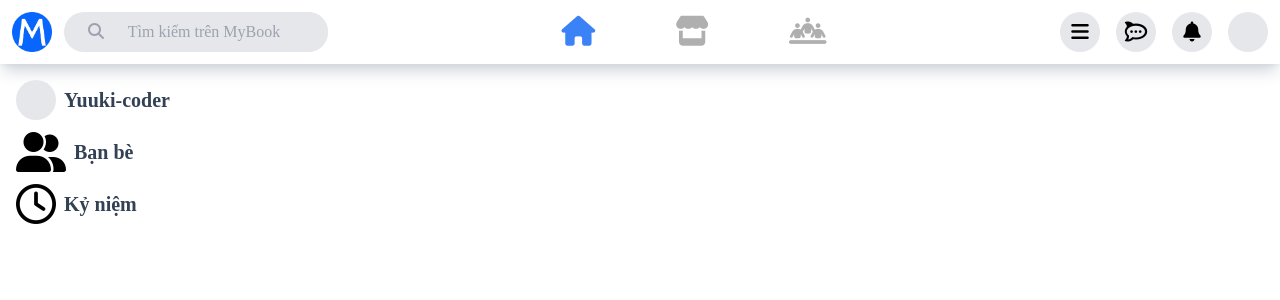
Repository: Yuukicoder/MyBook
Page: / (app in mybook/)
An editor plug-in stored every save of this project. The page is shown before and after the next save, followed by the edit.
The browser window is 1280 px wide. The pictures show the whole page.
The project was rebuilt for these pictures with package versions that can differ from the ones it lists, and the page was loaded fresh each time.

Above is the page before, as saved 2023-12-13 16:05:04.

### mybook/src/index.js
import React from 'react';
import ReactDOM from 'react-dom/client';
import './index.css';
import App from './App';
import reportWebVitals from './reportWebVitals';

const root = ReactDOM.createRoot(document.getElementById('root'));
root.render(
  <React.StrictMode >
  <App / >
  </React.StrictMode>
);

// If you want to start measuring performance in your app, pass a function
// to log results (for example: reportWebVitals(console.log))
// or send to an analytics endpoint. Learn more: https://bit.ly/CRA-vitals
reportWebVitals();

### mybook/src/index.css
@tailwind base;
@tailwind components;
@tailwind utilities;
  @import url('https://fonts.googleapis.com/css2?family=Arima:wght@100;200;300;400;500;700&display=swap');
*{
  margin: 0;
  padding: 0;
  box-sizing: border-box;
  /* border: 1px solid black; */
  font-family: Arima;
}
body{
  width: 100%;
  height: 100vh;
}

### mybook/src/App.js
import './App.css';
import '@fortawesome/fontawesome-free/css/all.min.css';
import Navbar from './Navbar'
import Option from './Option'
 var App = () =>
(
    <div class="">
        <Navbar/>
        <Option name="Yuuki-coder"/>

    </div>
)

export default App;

### mybook/src/App.css
:root{
  --text-color: rgb(175, 175, 175);
  --bg-icon-color: #e5e7eb;
}
.avatar{
  width: 40px;
  height: 40px;
  background-color: var(--bg-icon-color);
  border-radius: 50%;
  display: flex;
  align-items: center;
  justify-content: center;
}

### mybook/src/Navbar.js
import './Navbar.css'
import '@fortawesome/fontawesome-free/css/all.min.css';

var Navbar = () =>(


    <div class="flex items-center justify-between  w-screen py-3 px-3  shadow-lg shadow-gray-300">
        <div class="flex">

    <div class="Navbar_icon pr-3">
        <img class="w-10 h-10" src='iconMyBook.png' alt=""></img>
    </div>
    <div class="Navbar_search h-10 bg-gray-200 rounded-3xl">
        <label class=" text-center h-full pl-6"for="">
    <i class="fa-solid fa-magnifying-glass text-gray-400" ></i>
        </label>

        <input class="rounded-3xl text-center h-full pr-6 bg-gray-200" type="text" placeholder="Tìm kiếm trên MyBook"></input>
        </div>

    </div>
    <div class="  Navbar_selection">
        <ul class="flex gap-20">
            <li>
            <i class="fa-solid fa-house text-blue-500"></i>
            </li>
            <li>
            <i class="fa-solid fa-store"></i>
            </li>
            <li> <i class="fa-solid fa-people-line"></i></li>
        </ul>
    </div>
    <div class="Navbar_option">
        <ul class="flex gap-4 items-center">
            <li>
            <div class="avatar">

                <i class="fa-solid fa-bars"></i>
            </div>
                </li>
            <li>
            <div class="avatar">

                <i class="fa-brands fa-rocketchat"></i>
            </div>
                </li>
            <li>
            <div class="avatar">

                <i class="fa-solid fa-bell"></i>
            </div>
                </li>
            <li><div class="avatar"></div></li>
        </ul>
    </div>
    </div>
)
export default Navbar;

### mybook/src/Option.js
import './Option.css'
var Option = (x) => (
    <div class="mt-4 ml-4  grid gap-3">

    <div class="flex gap-2 items-center box ">
        <div class="avatar">
        </div>
        <p class="font-semibold text-xl text-slate-700">{x.name}</p>

    </div>
    <div class="flex gap-2 items-center box">
    <i class="fa-solid fa-user-group text-blue"></i>
        <p class="font-semibold text-xl text-slate-700">Bạn bè</p>

    </div>
    <div class="flex gap-2 items-center box ">
    <i class="fa-regular fa-clock"></i>
        <p class="font-semibold text-xl text-slate-700">Kỷ niệm</p>

    </div>

    </div>
)
export default Option

### mybook/src/Navbar.css
:root{
    --text-color: rgb(175, 175, 175);
    --bg-icon-color: #e5e7eb;
  }
  ul i{
  color: var(--text-color);
  font-size: 30px;
  }

  .Navbar_option ul li i{
    color: black;
  font-size: 20px;

  }

### mybook/src/Option.css

.box i{
    font-size: 40px;
}

### mybook/tailwind.config.js
/** @type {import('tailwindcss').Config} */
module.exports = {
  content: [
    "./src/**/*.{js,jsx,ts,tsx}",
  ],
  theme: {
    extend: {},
    color:{
      'text-grey':'#9ca9c9'
    }
  },
  plugins: [],
}

Loaded but not shown: mybook/public/index.html (common file); mybook/src/reportWebVitals.js (common file)

After the next save:
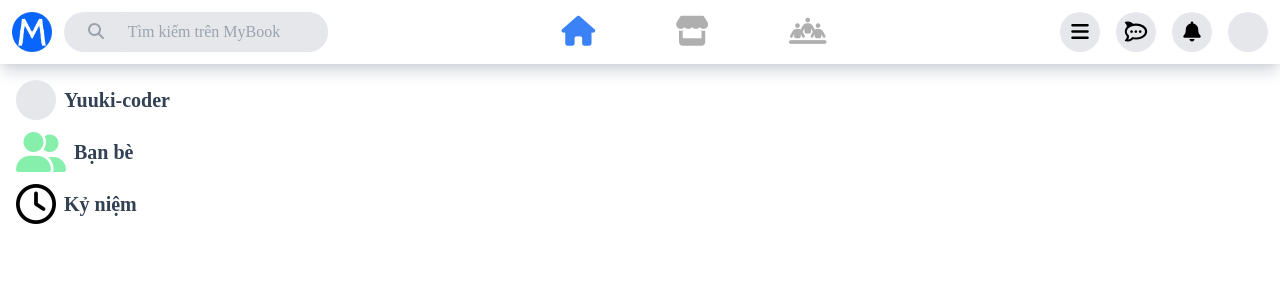
Saved 15 s later.
--- a/mybook/src/Option.js
+++ b/mybook/src/Option.js
@@ -9,7 +9,7 @@ var Option = (x) => (
 
     </div>
     <div class="flex gap-2 items-center box">
-    <i class="fa-solid fa-user-group text-blue"></i>
+    <i class="fa-solid fa-user-group text-green-300"></i>
         <p class="font-semibold text-xl text-slate-700">Bạn bè</p>
 
     </div>
